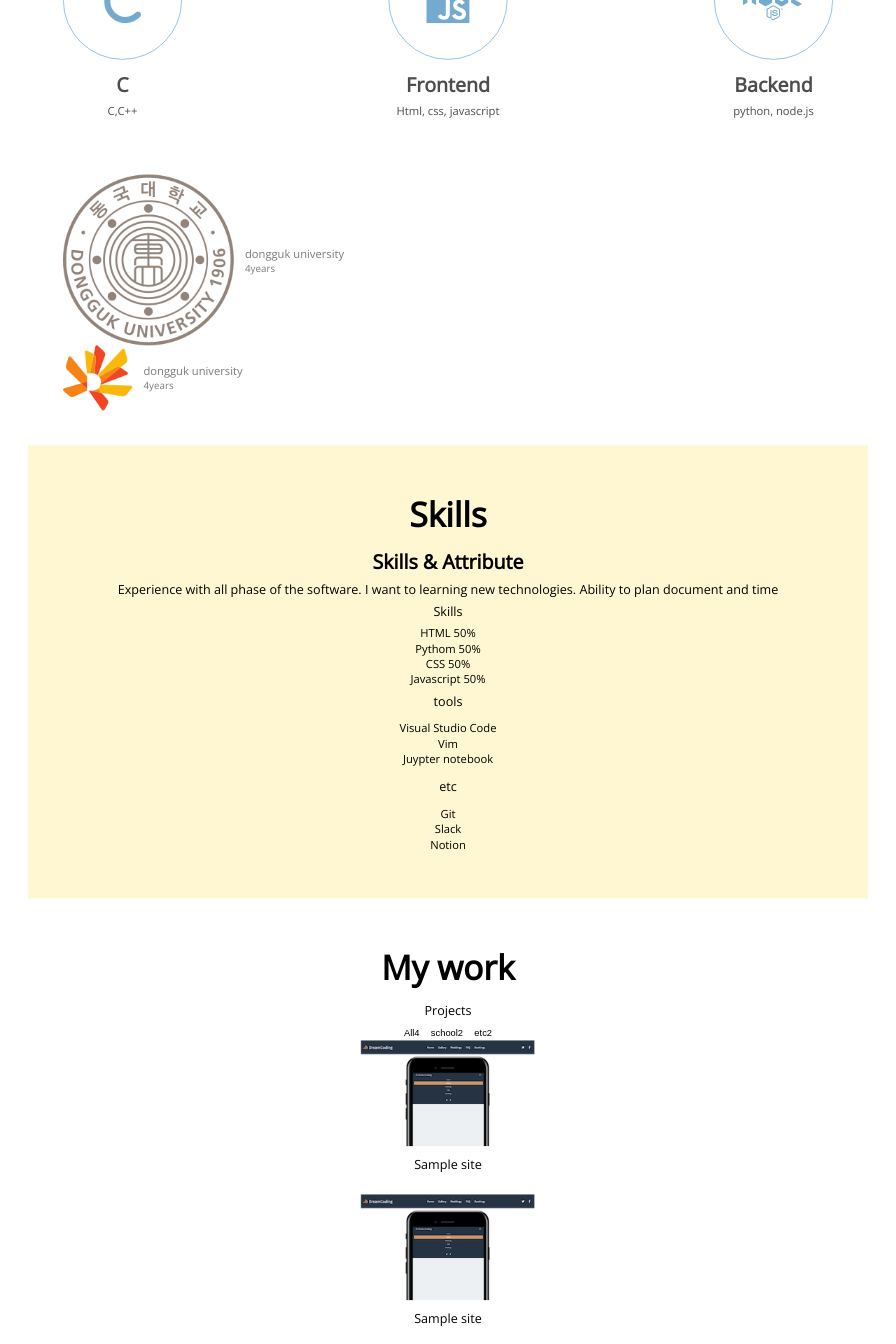
Repository: DongjaJ/portfolio
Page: index.html
The author's editor kept a copy of each file at every save. The page is drawn from the files as they stood at one save, then again after the next save.
The browser window is 1280 px wide. The pictures show the part of the page from y = 1095 to 3015 px (the page is 4854 px tall before and 4717 px after), at 70% of full size.
Some web libraries are served in a nearby version.

Above is the page before, as saved 2022-05-23 15:14:36.

### index.html
<!DOCTYPE html>
<html lang="en">
<head>
	<meta charset="UTF-8">
	<meta http-equiv="X-UA-Compatible" content="IE=edge">
	<meta name="viewport" content="width=device-width, initial-scale=1.0">
	<title>Dongja's Portfolio</title>
	<meta name ="description" content= "Portfolio for Dongja">
	<meta name ="author" content= "Dongja">
	<link rel="icon" type ="image/png" href="imgs/favicon.png"/>
	<script
		src="https://kit.fontawesome.com/4d499a68c2.js"
		crossorigin="anonymous"
	></script>
	<link rel="preconnect" href="https://fonts.googleapis.com">
	<link rel="preconnect" href="https://fonts.gstatic.com" crossorigin>
	<link href="https://fonts.googleapis.com/css2?family=Open+Sans:ital,wght@0,400;1,600;1,700&display=swap" rel="stylesheet">
	<link rel = "stylesheet" href="style.css"/>
	<script src ="main.js" defer></script>
</head>
<body>
	<!-- Navbar -->
	<nav id="navbar">
		<div class="navbar__logo">
			<i class="fa-solid fa-ice-cream"></i>
			<a href="#">Dongja</a>
		</div>
		<ul class="navbar__menu">
			<li class="navbar__menu__item active">Home</li>
			<li class="navbar__menu__item">About</li>
			<li class="navbar__menu__item">Skills</li>
			<li class="navbar__menu__item">Work</li>
			<li class="navbar__menu__item">Testimonials</li>
			<li class="navbar__menu__item">Contact</li>
		</ul>
	</nav>
	<!-- Home -->
	<section id="home">
		<img src="imgs/dragon-solid.png"
			alt="dongja's profile photo"
			class="home__avatar"/>
		<h1 class="home__title">Hello, <br/>I'm donghwan</h1>
		<h2 class="home__description">developer for full stack</h2>
		<button class="home__contact">Contact me</button>
	</section>
	<!-- About -->
	<section id="about" class="section">
		<h1>About me</h1>
		<p>I studied C++,C. I am Studying frontend.
			And I want to study Backend!<br/>
			I'm studying react for frontend,
			and I want to study node.js for backend.
		</p>
		<div class="about__major">
			<div class="major">
				<div class="major__icon">
					<i class="fa-solid fa-c"></i>
				</div>
				<h2 class="major__title">C</h2>
				<div class="__major__description">C,C++</div>
			</div>
			<div class="major">
				<div class="major__icon">
					<i class="fa-brands fa-js"></i>
				</div>
				<h2 class="major__title">Frontend</h2>
				<div class="__major__description">Html, css, javascript</div>
			</div>
			<div class="major">
				<div class="major__icon">
					<i class="fa-brands fa-node"></i>
				</div>
				<h2 class="major__title">Backend</h2>
				<div class="__major__description">python, node.js</div>
			</div>
		</div>
		<div class="about__school" >
			<div class="school">
				<img src="/imgs/school.png" alt="logo-dongguk university" class="school__logo">
				<div class="school__description">
					<div class="school_name">dongguk university</div>
				<div class="school_period">4years</div>
				</div>
			</div>
		</div>
		<div class="about__school">
			<div class="school">
				<img src="/imgs/flower.png" alt="logo-dongguk university" class="school__logo">
				<div class="school__description">
					<div class="school_name">dongguk university</div>
				<div class="school_period">4years</div>
				</div>
			</div>
		</div>
	</section>
	<!-- Skills -->
	<section id="skills" class="section">
		<h1>Skills</h1>
		<h2>Skills & Attribute</h2>
		<p>
			Experience with all phase of the software. I want to learning
			new technologies. Ability to plan document and time
		</p>
		<div class="skillset">
			<div class="skillset_left">
				<h3 class="skillset_title">Skills</h3>
				<div class="skill">
					<div class="skill_description">
						<span>HTML</span>
						<span>50%</span>
					</div>
					<div class="skill_bar">
						<div class="skill_value"></div>
					</div>
				</div>
				<div class="skill">
					<div class="skill_description">
						<span>Pythom</span>
						<span>50%</span>
					</div>
					<div class="skill_bar">
						<div class="skill_value"></div>
					</div>
				</div>
				<div class="skill">
					<div class="skill_description">
						<span>CSS</span>
						<span>50%</span>
					</div>
					<div class="skill_bar">
						<div class="skill_value"></div>
					</div>
				</div>
				<div class="skill">
					<div class="skill_description">
						<span>Javascript</span>
						<span>50%</span>
					</div>
					<div class="skill_bar">
						<div class="skill_value"></div>
					</div>
				</div>
			</div>
			<div class="skillset_right">
				<div class="tools">
					<h3 class="skillset_title">tools</h3>
					<ul class="tools__list">
						<li><span>Visual Studio Code</span></li>
						<li><span>Vim</span></li>
						<li><span>Juypter notebook</span></li>
					</ul>
				</div>
				<div class="etc">
					<h3 class="skillset_title">etc</h3>
					<ul class="ec__list">
						<li><span>Git</span></li>
						<li><span>Slack</span></li>
						<li><span>Notion</span></li>
					</ul>
				</div>
			</div>
		</div>
	</section>
	<!-- Work -->
	<section id="work" class="section">
		<h1>My work</h1>
		<h3>Projects</h3>
		<div class="work__categories">
			<button class="category__btn">All<span class="category__count">4</span></button>
			<button class="category__btn">school<span class="category__count">2</span></button>
			<button class="category__btn">etc<span class="category__count">2</span></button>
		</div>
		<div class="work__projects">
			<a
			href="https://github.com/DongjaJ"
			class="project"
			target="blank"
			>
			<img src="imgs/navbar-200518-191508.webp" alt="" class="project__img">
			<div class="project__description">
				<h3>Sample site</h3>
				<span>Clone coding with portfolio</span>
			</div>
		</a>
		<a
		href="https://github.com/DongjaJ"
		class="project"
		target="blank"
		>
		<img src="imgs/navbar-200518-191508.webp" alt="" class="project__img">
		<div class="project__description">
			<h3>Sample site</h3>
			<span>Clone coding with portfolio</span>
		</div>
		</a>
		<a
	href="https://github.com/DongjaJ"
	class="project"
	target="blank"
	>
	<img src="imgs/navbar-200518-191508.webp" alt="" class="project__img">
	<div class="project__description">
		<h3>Sample site</h3>
		<span>Clone coding with portfolio</span>
	</div>
		</a>
		<a
href="https://github.com/DongjaJ"
class="project"
target="blank"
>
<img src="imgs/navbar-200518-191508.webp" alt="" class="project__img">
<div class="project__description">
	<h3>Sample site</h3>
	<span>Clone coding with portfolio</span>
</div>
		</a>
		</div>
	</section>

	<!-- Testimonials -->
	<section id="testimonials" class="section">
	<h1>Testimonials</h1>
	<h3>See what they say about me</h3>
	<div class="testimonials">
		<div class="testimonial">
			<img
			src="imgs/people1-200515-154332.webp"
			alt="People"
			class="testimonial__avatar"
			>
			<div class="testimonial__speech-bubble">
				<p>Lorem ipsum dolor sit amet consectetur adipisicing elit. Impedit eum aspernatur, dolore animi dolor ipsam laudantium ab labore magnam distinctio doloribus possimus quis ea ipsa? Molestias corrupti quam deleniti perferendis!</p>
				<p class="name"><a href="">Dongja</a>/DGU</p>
			</div>
		</div>
		<div class="testimonial">
			<img
			src="imgs/people1-200515-154332.webp"
			alt="People"
			class="testimonial__avatar"
			>
			<div class="testimonial__speech-bubble">
				<p>Lorem ipsum dolor sit amet consectetur adipisicing elit. Impedit eum aspernatur, dolore animi dolor ipsam laudantium ab labore magnam distinctio doloribus possimus quis ea ipsa? Molestias corrupti quam deleniti perferendis!</p>
				<p class="name"><a href="">Dongja</a>/DGU</p>
			</div>
		</div>
	</div>
</section>
	<!-- Contact -->
	<section id="contact" class="section">
		<h1 class="contact__title">Let's talk</h1>
		<h2 class="class__email">jdh981118@naver.com</h2>
		<div class="contact__links">
			<a href="https://github.com/DongjaJ">
				<i class="fa-brands fa-github"></i>
			</a>
			<p class="contact__rights">
				2022 Dongja - All rights reserved
			</p>
		</div>
	</section>
</body>
</html>

### style.css
/* Global */
:root{
	/* Color */
	--color-white: #ffffff;
	--color-light-white: #eeeeee;
	--color-dark-white: #bdbdbd;
	--color-pink: #fe918d;
	--color-dark-pink: #ff6863;
	--color-dark-grey: #4d4d4d;
	--color-grey: #616161;
	--color-light-grey: #7c7979;
	--color-blue: #73aace;
	--color-yellow: #fff7d1;
	--color-orange: #feb546;
	--color-black: #000000;
	/* Font size */
	--font-large: 48px;
	--font-medium: 28px;
	--font-regular: 18px;
	--font-small: 16px;
	--font-micro: 14px;
	/* Font weight */
	--weight-bold: 700;
	--weight-semi-bold:600;
	--weight-regular:400;

	/* Size */
	--size-border-radius: 4px;

	/* Animation */
	--animation-delay: 300ms;
}

/* Universal tags */
*{
	box-sizing: border-box;
}

body {
	margin: 0;
	font-family: 'Open Sans', sans-serif;
	cursor: default;
}

a{
	text-decoration: none;
	color: var(--color-white);
}

ul{
	padding-left: 0;
}

li{
	list-style: none;
}

button{
	background: transparent;
	cursor: pointer;
	border: none;
	outline: none;
}

/* Typography */
h1 {
	font-size: var(--font-large);
	font-weight: var(--weight-bold);
	color: var(--color-black);
	margin: 16px 0px;
}

h2{
	font-size: var(--font-medium);
	font-weight: var(--weight-semi-bold);
	color: var(--color-black);
	margin: 8px 0px;
}

h3{
	font-size: var(--font-regular);
	font-weight: var(--weight-regular);
	color: var(--color-black);
	margin: 8px 0;
}

p{
	font-size: var(--font-regular);
	font-weight: var(--font-regular);
	color: var(--color-black);
	margin: 4px 0;
}

/* navbar */
#navbar{
	display: flex;
	justify-content: space-between;
	background-color: var(--color-pink);
	align-items: center;
	color: var(--color-white);
	padding: 16px;
}

.navbar__logo{
	font-size: var(--font-medium);
	font-weight: var(--weight-semi-bold);
}

.navbar__menu{
	display: flex;
}

.navbar__menu__item{
	padding: 8px 12px;
	margin: 0 4px ;
	cursor: pointer;
	border-radius: var(--size-border-radius);
}
.navbar__menu__item.active{
	border: 1px solid var(--color-white);
}

.navbar__menu__item:hover{
	background-color: var(--color-dark-pink);
}

/* Home */
#home{
	background: url("imgs/homebackground-200515-154505.webp") center/cover no-repeat;
	padding: 40px;
	text-align: center;
}

.home__avatar{
	width: 250px;
	height: 250px;
	border-radius: 50%;
	border: 2px solid var(--color-light-white);
}

.home__title,
.home__description{
	color: var(--color-white);
}

.home__contact{
	color: var(--color-white);
	font-size: var(--font-regular);
	font-weight: var(--weight-bold);
	margin: 24px;
	padding: 8px 12px;
	border: 2px solid var(--color-white);
	border-radius: var(--size-border-radius);
}

/* section common */
.section{
	padding: 50px;
	text-align: center;
	max-width: 1200px;
	margin: auto;
}

/* about */
.about__major{
	display: flex;
	justify-content: space-between;
	margin: 80px 0;
}

.major__icon{
	width: 170px;
	height: 170px;
	font-size: 70px;
	line-height: 170px;
	margin: auto;
	border: 1px solid var(--color-blue);
	border-radius: 50%;
	margin-bottom: 16px;
	color: var(--color-blue);
}

.major__icon i:hover{
	color: var(--color-pink);
	transform: rotate(-30deg) scale(1.1);
}

.major__icon i{
	transition: all var(--animation-delay) ease;
}

.major__title, .__major__description{
	color: var(--color-dark-grey);
}

.__major__description{
	font-size: var(--font-small);
}

.school{
	display: flex;
	align-items: center;
}

.school__description{
	margin: 0 16px;
	text-align: left;
}

.school_name, .school_period{
	color: var(--color-light-grey);
}

.school_name{
font-size: var(--font-small);
}

.school_period{
font-size: var(--font-micro);
}

#skills{
	background-color: var(--color-yellow);
}

Loaded but not shown: main.js (no stored copy; drawn as an empty file)

After the next save:
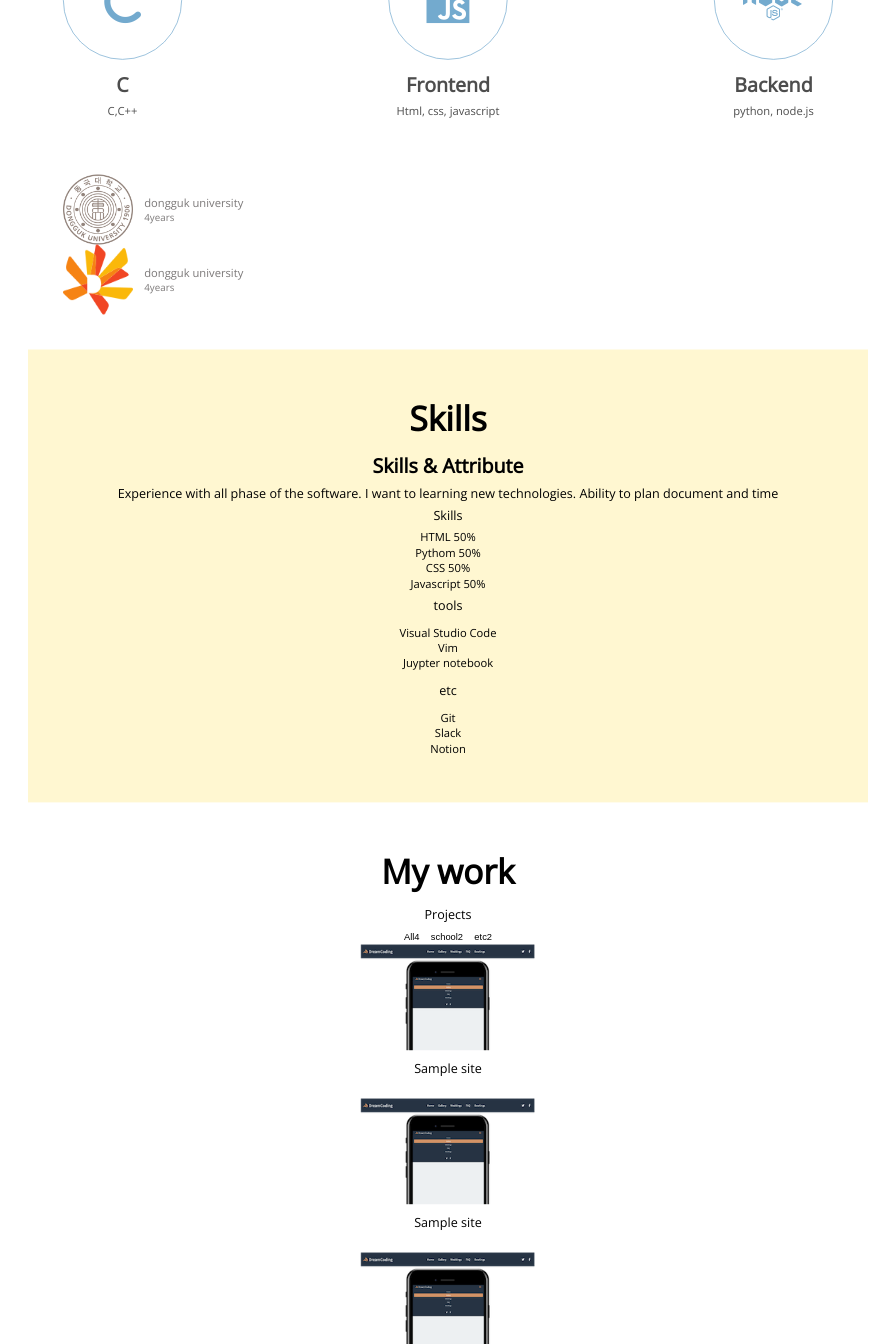
Saved 2 min 18 s later.
--- a/style.css
+++ b/style.css
@@ -219,6 +219,11 @@
 font-size: var(--font-micro);
 }
 
+.school__logo{
+	width: 100px;
+	height: 100px;
+}
+
 #skills{
 	background-color: var(--color-yellow);
 }
